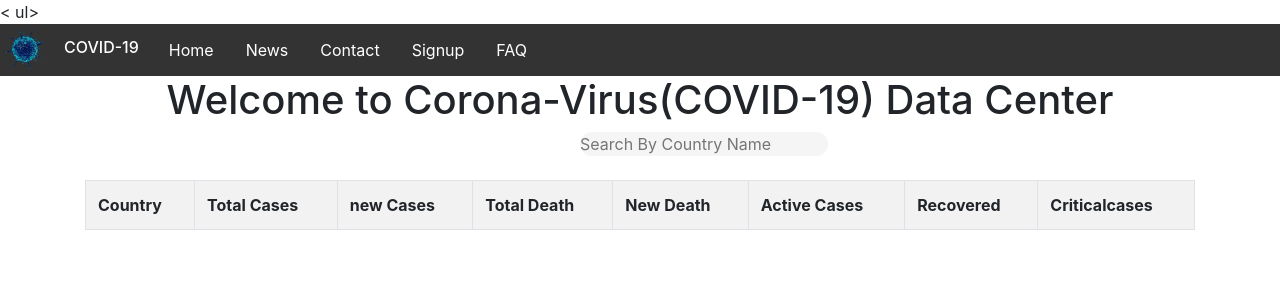
Repository: xthashankar/COVID-19-data-
Page: index.html
The author's editor kept a copy of each file at every save. The page is drawn from the files as they stood at one save, then again after the next save.
The browser window is 1280 px wide. The pictures show the whole page.
The page's requests for data from a server got no answer.

Above is the page before, as saved 2020-04-15 19:17:14.

### index.html
<!DOCTYPE html>
<html lang="en">
<head>
    <meta charset="UTF-8">
    <meta name="viewport" content="width=device-width, initial-scale=1.0">
    <link rel="stylesheet" href="https://maxcdn.bootstrapcdn.com/bootstrap/4.4.1/css/bootstrap.min.css">
     <script src="https://ajax.googleapis.com/ajax/libs/jquery/3.4.1/jquery.min.js"></script>
     <script src="https://cdnjs.cloudflare.com/ajax/libs/popper.js/1.16.0/umd/popper.min.js"></script>
    <script src="https://maxcdn.bootstrapcdn.com/bootstrap/4.4.1/js/bootstrap.min.js"></script>
    <link rel="stylesheet" href="css/styles.css">
    <title>Document</title>
</head>
<body>
   < ul>
        <ul class="nav">
            <img src="image/coronavirus.png">
             <H6>COVID-19</H6>
            <li><a  href="#">Home</a></li>
            <li><a href="#">News</a></li>
            <li><a href="#">Contact</a></li>
            <li><a href="#">Signup</a></li>
            <div class="dropdown">
                <button class="dropbtn">FAQ
                </button>
                <div class="dropdown-content">
                  <a href="qa.html">English</a>
                  <a href="nqa.html">Nepali</a>
                </div>
            </div>
        </ul>
        </ul>
    <h1>Welcome to Corona-Virus(COVID-19) Data Center</h1>
    <input type="text" name="filter" id="search" placeholder="Search By Country Name" onkeyup="search()">
    <div class="container">

        <br>
        <table class="table table-bordered  table-striped">
            <thread>
                <tr>
                    <th>Country</th>
                    <th>Total Cases</th>
                    <th>new Cases</th>
                    <th>Total Death</th>
                    <th>New Death</th>
                    <th>Active Cases</th>
                    <th>Recovered</th>
                    <th>Criticalcases</th>
            </tr>
            </thread>
            <tbody  id="coranavirus">
            </tbody>
        </table>
    </div>
</body>
<script src="javascript/main.js"></script>
</html>

### css/styles.css
/*
body {
	font-family: 'Roboto', sans-serif;
	background-color: #eae7d9;
	margin: 0;
	padding: 0;
} */
*{
  padding: 0;
  margin: 0;
}
ul{
    list-style-type:none;
    overflow: hidden;
    background-color:#333;
}
li{
   float:right;
}
li a{

    display: block;
    color:white;
    text-align: center;
    padding: 14px 16px;
    text-decoration: none;
}
li a:hover{
    background-color: #111;
}
h1{
    text-align: center;
}
#search{

    border-radius: 10px;
    margin:5 auto;
    border-radius: 10px;
    margin-left: 580px;
    border: none;
    border-radius: 15px;
    background-color:whitesmoke;
}
img{
    width:50px;
    height:50px;
}

.navbar {
    overflow: hidden;
    background-color: #333;
  }

  .navbar a {
    float: left;
    font-size: 16px;
    color: white;
    text-align: center;
    padding: 14px 16px;
    text-decoration: none;
  }

  .dropdown {
    float: right;
    overflow: hidden;
  }

  .dropdown .dropbtn {
    font-size: 16px;
    border: none;
    outline: none;
    color: white;
    padding: 14px 16px;
    background-color: inherit;
    font-family: inherit;
    margin: 0;
  }

  .navbar a:hover, .dropdown:hover .dropbtn {
    background-color: red;
  }

  .dropdown-content {
    display: none;
    position: absolute;
    background-color: #f9f9f9;
    min-width: 160px;
    box-shadow: 0px 8px 16px 0px rgba(0,0,0,0.2);
    z-index: 1;
  }

  .dropdown-content a {
    float: none;
    color: black;
    padding: 12px 16px;
    text-decoration: none;
    display: block;
    text-align: left;
  }

  .dropdown-content a:hover {
    background-color: #ddd;
  }

  .dropdown:hover .dropdown-content {
    display: block;
  }
  .nav h6{
    margin: 14px;
    float: right;
	  color: white;
  }

### javascript/main.js
// let who='';
let URL='https://nepalcorona.info/api/v1/data/world'
fetch(URL)
.then(function(response){
   return response.json()
}).then(function(covid){
//    console.log(covid);
       if(covid.length>0)
       {
           var coviddata='';
           covid.forEach(function(data){
            // coviddata +="<tr>";
            if(data.country!="")
            {
            coviddata +="<tr><td>"+data.country+"</td>";
            coviddata +="<td>"+data.totalCases+"</td>";
            coviddata +="<td>"+data.newCases+"</td>";
            coviddata +="<td>"+data.totalDeaths+"</td>";
            coviddata +="<td>"+data.newDeaths+"</td>";
            coviddata +="<td>"+data.activeCases+"</td>";
            coviddata +="<td>"+data.totalRecovered+"</td>";
            coviddata +="<td>"+data.criticalCases+"</td></tr>";
            console.log(coviddata);
            }
            document.getElementById('coranavirus').innerHTML=coviddata;
           })
       }
   })
   //for search
function search(){
    let filter=document.getElementById("search").value.toUpperCase();
    let table=document.getElementById("coranavirus");
    let tr=table.getElementsByTagName("tr");
    for(let i=0;i<tr.length;i++)
    {
     let td=tr[i].getElementsByTagName("td")[0];
        if(td)
        {
         let txtValue=td.textContent||td.innerText;
         if(txtValue.toUpperCase().indexOf(filter)>-1)
            {
            tr[i].style.display="";
            }else
            {
            tr[i].style.display="none";
            }
        }
    }
}

After the next save:
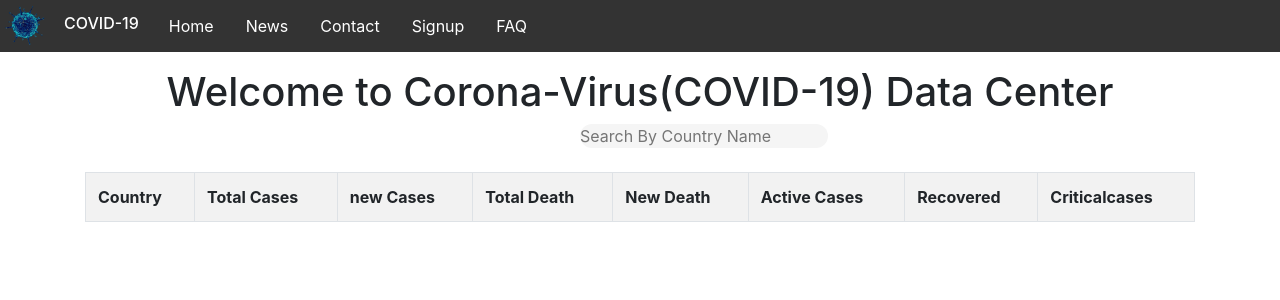
Saved 10 s later.
--- a/index.html
+++ b/index.html
@@ -11,7 +11,7 @@
     <title>Document</title>
 </head>
 <body>
-   < ul>
+   <ul>
         <ul class="nav">
             <img src="image/coronavirus.png">
              <H6>COVID-19</H6>
